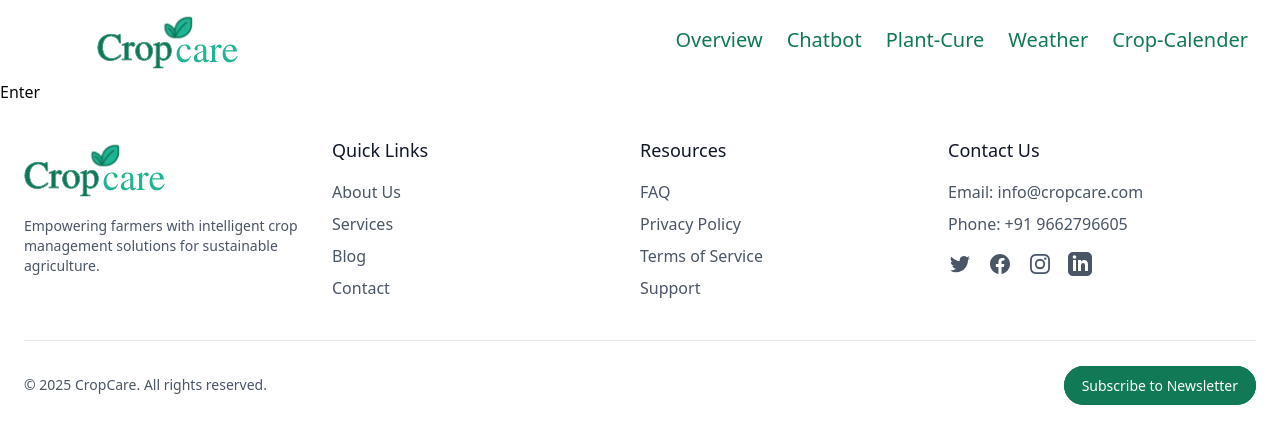
Repository: VishwaaBhavsar/Cropcare
Page: /services/chat
These files come from the project's save history. The page is drawn as it stood at one moment and after the next save; the edit follows.
The browser window is 1280 px wide. The pictures show the whole page.
The project was rebuilt for these pictures with package versions that can differ from the ones it lists, and the page was loaded fresh each time. The framework's server and built-in components were replaced by stand-ins that run in the browser. Also part of the build but not shown: next.config.mjs, src/components/HeroNav.jsx.

Above is the page before, as saved 2025-04-20 00:58:07.

After the next save:
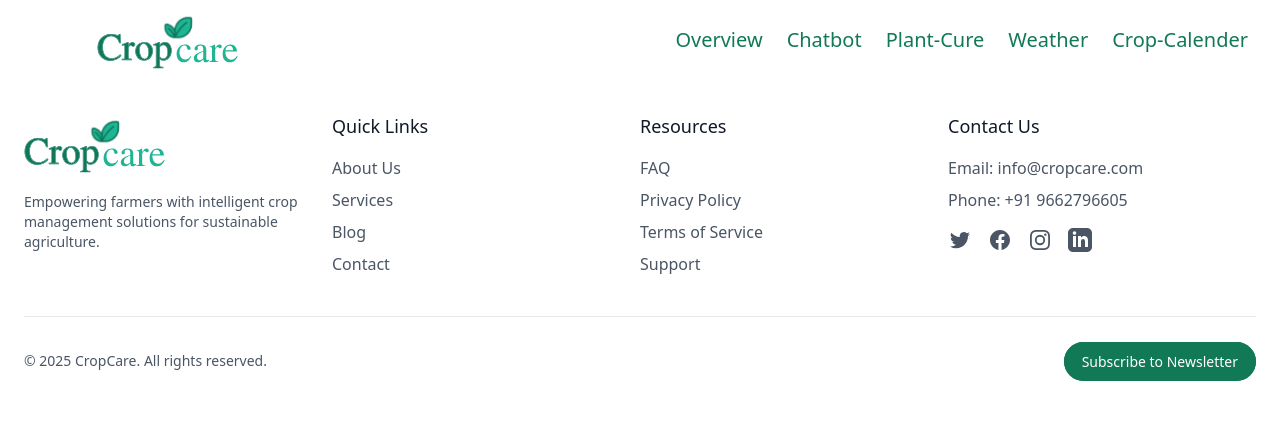
Saved 8 s later.
--- a/src/app/services/chat/page.js
+++ b/src/app/services/chat/page.js
@@ -1,7 +1,7 @@
 const page = () => {
     return (
         <div>
-            Enter
+
         </div>
     );
 }
